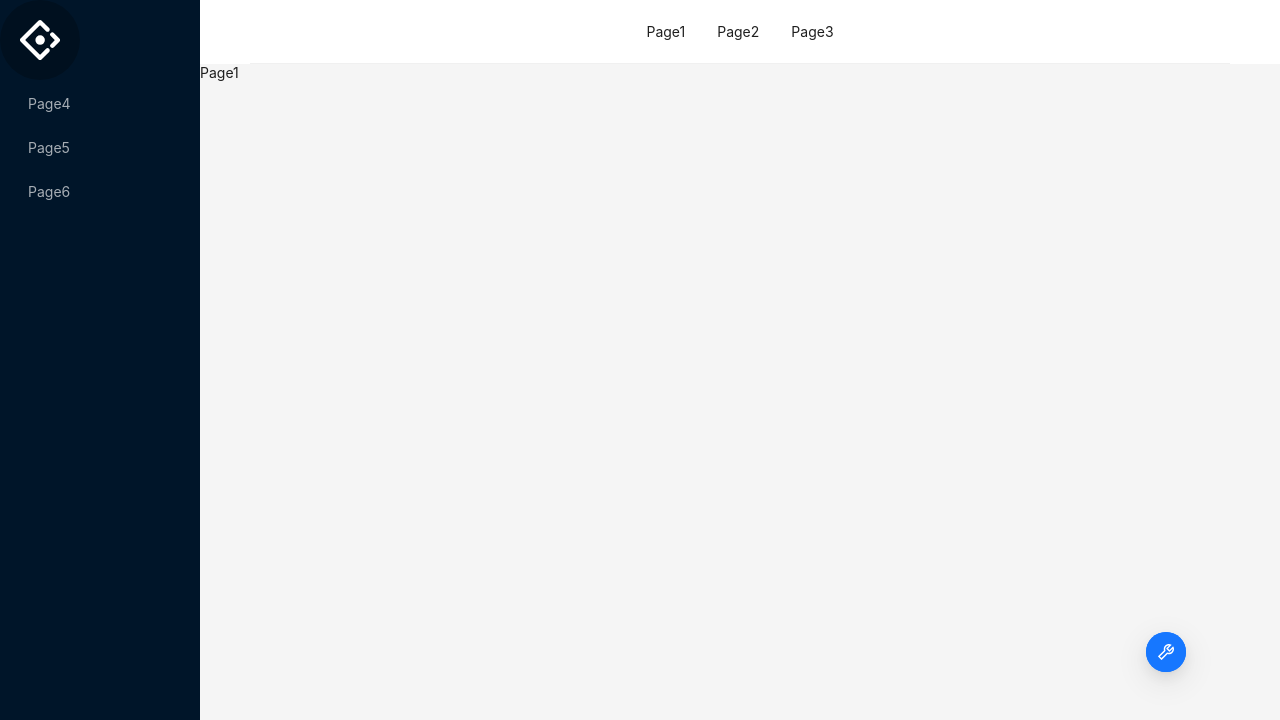
Repository: BESTETURKMEN/e-commerce
Page: /#/
These files come from the project's save history. The page is drawn as it stood at one moment and after the next save; the edit follows.
The browser window is 1280 px wide. The pictures show the whole page.
The project was rebuilt for these pictures with package versions that can differ from the ones it lists, and the page was loaded fresh each time. Also part of the build but not shown: webpack.config.js, src/pages/page2.jsx, src/pages/page3.jsx, src/pages/page6.jsx. Imported but missing from the stored project, and not drawn on this page: src/pages/page4, src/pages/page5.

Above is the page before, as saved 2023-08-21 11:21:07.

After the next save:
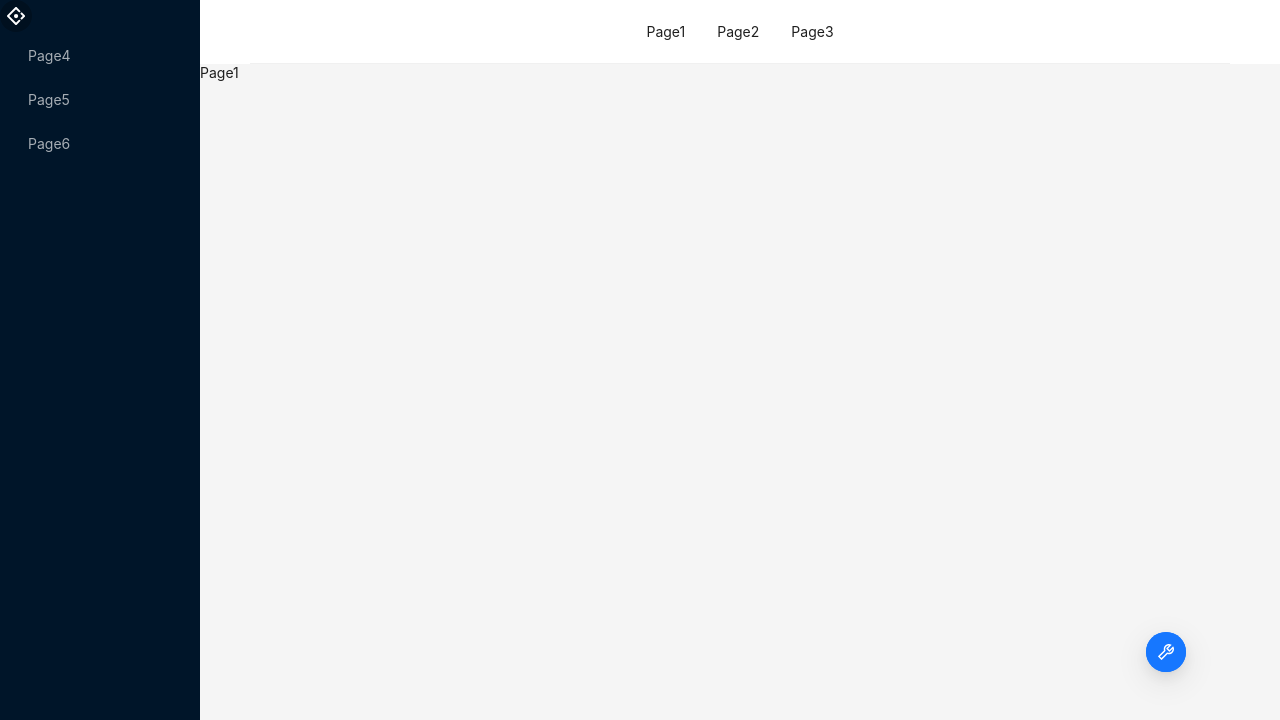
Saved 56 s later.
--- a/src/layout/sider.jsx
+++ b/src/layout/sider.jsx
@@ -25,10 +25,7 @@ export default function Sider() {
   return (
     <div className="sider">
       <div className="avatar">
-        <Avatar
-          size={{ xs: 24, sm: 32, md: 40, lg: 64, xl: 80, xxl: 100 }}
-          icon={<AntDesignOutlined />}
-        />
+        <Avatar size={{ lg: 64 }} icon={<AntDesignOutlined />} />
       </div>
       <div className="siderMenu">
         <Menu theme="dark" mode="inline">
